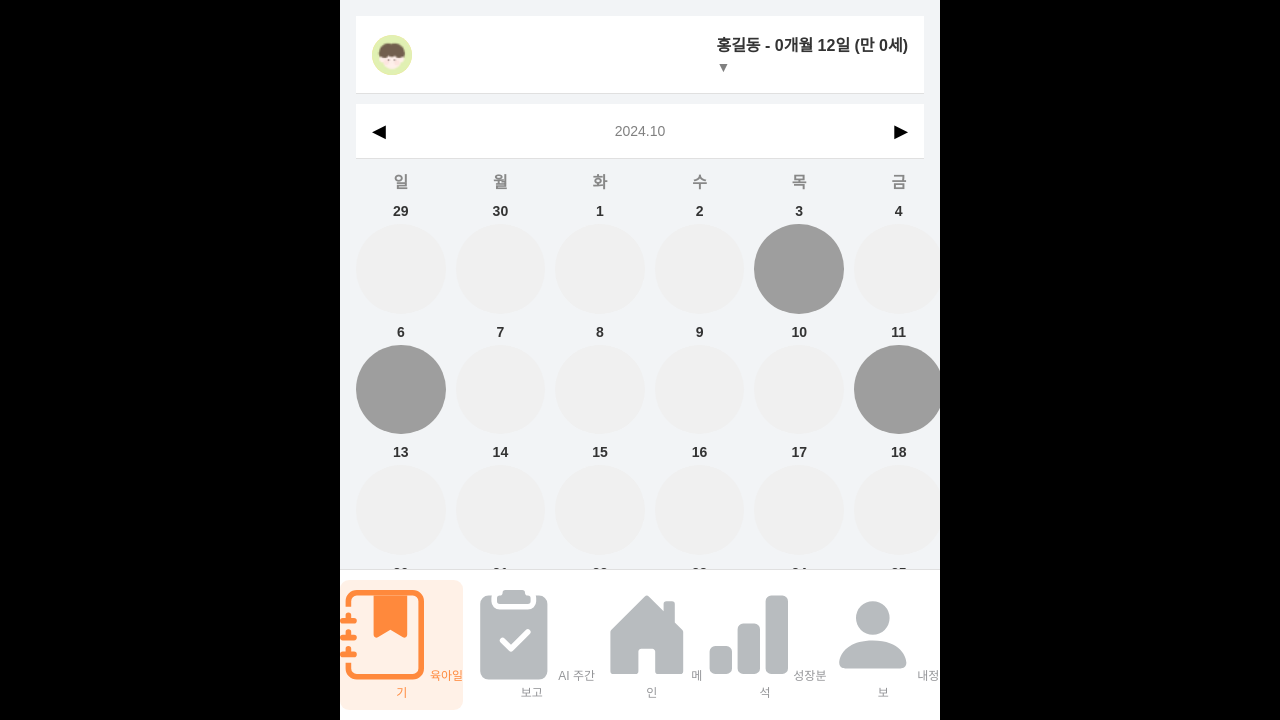
Repository: fromBirth/frombirth-frontend
Page: /babydiary
These files come from the project's save history. The page is drawn as it stood at one moment and after a run of saves; the edit follows.
The browser window is 1280 px wide. The pictures show the whole page.
Pictures or frames that could not be fetched are drawn as grey boxes. An inner scrolling area shows only its first screen. Some web fonts or font styles are not loaded; a fallback is used. The project was rebuilt for these pictures with package versions that can differ from the ones it lists, and the page was loaded fresh each time. Also part of the build but not shown: vite.config.js.

Above is the page before, as saved 2024-10-30 13:36:45.

### index.html
<!doctype html>
<html lang="en">
  <head>
    <meta charset="UTF-8" />
    <link rel="icon" type="image/svg+xml" href="/fromBirthIcon" />
    <meta name="viewport" content="width=device-width, initial-scale=1.0" />
    <script src="https://t1.kakaocdn.net/kakao_js_sdk/2.7.2/kakao.min.js" integrity="sha384-TiCUE00h649CAMonG018J2ujOgDKW/kVWlChEuu4jK2vxfAAD0eZxzCKakxg55G4" crossorigin="anonymous"></script>
    <title>fromBirth</title>
  </head>
  <body>
    <div id="root"></div>
    <script type="module" src="/src/main.jsx"></script>
  </body>
</html>

### src/main.jsx
/* src/main.jsx */

// StrictMode와 createRoot 함수를 React에서 import
import { StrictMode } from 'react'
import { createRoot } from 'react-dom/client'
// 애플리케이션의 메인 컴포넌트인 App을 import
import App from './App.jsx'

// React 애플리케이션의 루트 DOM 요소에 App 컴포넌트를 렌더링
createRoot(document.getElementById('root')).render(
  <StrictMode>
    <App />
  </StrictMode>,
)

### src/App.jsx
/* src/App.jsx */

// 전체 애플리케이션에 라우팅 기능을 제공하는 BrowserRouter를 import
import { BrowserRouter as Router } from 'react-router-dom';
// 전역적으로 인증 상태를 관리하기 위해 AuthProvider를 import
import { AuthProvider } from './contexts/AuthContext';
// 애플리케이션의 전체 라우팅 구성을 위한 AppRouter를 import
import AppRouter from './routes/AppRouter'; // 라우팅 설정을 불러옴

// App 컴포넌트는 애플리케이션의 최상위 컴포넌트로, 인증과 라우팅을 관리
function App() {
    return (
        <AuthProvider>  {/* 인증 컨텍스트 제공 */}
            <Router>  {/* 라우팅 제공 */}
                <AppRouter /> {/* 전체 라우팅 설정 */}
            </Router>
        </AuthProvider>
    );
}

// App 컴포넌트를 기본으로 내보내기
export default App;

### src/contexts/AuthContext.jsx
/* src/contexts/AuthContext.jsx */

import { createContext, useState } from 'react';

// Context 생성
export const AuthContext = createContext();

// Context Provider 컴포넌트
export const AuthProvider = ({ children }) => {
    const [isAuthenticated, setIsAuthenticated] = useState(false);

    // 로그인/로그아웃 상태 변경 함수
    const toggleAuth = () => {
        setIsAuthenticated(!isAuthenticated);
    };

    return (
        <AuthContext.Provider value={{ isAuthenticated, toggleAuth }}>
            {children}
        </AuthContext.Provider>
    );
};

### src/routes/AppRouter.jsx
/* src/routes/AppRouter.jsx */

// React Router의 Routes와 Route 컴포넌트를 사용해 라우팅 구성
import { Routes, Route, Navigate } from 'react-router-dom';
// React에서 컴포넌트를 동적 로딩할 수 있도록 Suspense와 lazy를 사용
import { Suspense, lazy } from 'react';
// PATHS 객체를 import하여 경로를 상수로 관리
import { PATHS } from './paths';
// 전체 레이아웃 컴포넌트로, 로그인이 필요한 페이지의 공통 레이아웃으로 사용
import Layout from '../components/common/Layout.jsx';
// 스피너 컴포넌트 import
import Spinner from '../components/common/Spinner.jsx';
// 전역 스타일 파일을 import하여 스타일 적용
import '/src/assets/styles/common.css';

// React.lazy를 사용하여 동적 import로 각 페이지를 로딩하여 초기 로딩 속도 최적화
const Login = lazy(() => import('../components/login/Login.jsx'));
const Dashboard = lazy(() => import('../components/dashboard/Dashboard.jsx'));
const BabyDiary = lazy(() => import('../components/baby-diary/BabyDiary.jsx'));
const DiaryList = lazy(() => import('../components/baby-diary/DiaryList.jsx'));
const DiaryListPhoto = lazy(() => import('../components/baby-diary/DiaryListPhoto.jsx'));
const DiaryRegister = lazy(() => import('../components/baby-diary/DiaryRegister.jsx'));
const DiaryDetail = lazy(() => import('../components/baby-diary/DiaryDetail.jsx'));
const WeeklyReport = lazy(() => import('../components/weekly-report/WeeklyReport.jsx'));
const GrowthAnalysis = lazy(() => import('../components/growth-analysis/GrowthAnalysis.jsx'));
const MyPage = lazy(() => import('../components/my-page/MyPage.jsx'));
const ChildRegister = lazy(() => import('../components/my-page/ChildRegister.jsx'));

function AppRouter() {
    return (
        // Suspense로 동적 로딩 중 스피너 화면 표시
        <Suspense fallback={<Spinner />}>
            <Routes>
                {/* 로그인 페이지 */}
                <Route path={PATHS.LOGIN} element={<Login />} />

                {/* 기본 경로에서 메인 대시보드 화면으로 리다이렉트 */}
                <Route path="/" element={<Navigate to={PATHS.DASHBOARD} />} />

                {/* Layout 컴포넌트를 상위 요소로 하여 로그인이 필요한 페이지 구성 */}
                <Route element={<Layout />}>
                    {/* 메인 대시보드 페이지 */}
                    <Route path={PATHS.DASHBOARD} element={<Dashboard />} />

                    {/* BabyDiary 관련 페이지 */}
                    <Route path={PATHS.BABY_DIARY} element={<BabyDiary />} />
                    <Route path={PATHS.DIARY_LIST} element={<DiaryList />} />
                    <Route path={PATHS.DIARY_LIST_PHOTO} element={<DiaryListPhoto />} />
                    <Route path={PATHS.DIARY_REGISTER} element={<DiaryRegister />} />
                    <Route path={PATHS.DIARY_DETAIL} element={<DiaryDetail />} />

                    {/* WeeklyReport 페이지 */}
                    <Route path={PATHS.WEEKLY_REPORT} element={<WeeklyReport />} />

                    {/* GrowthAnalysis 페이지 */}
                    <Route path={PATHS.GROWTH_ANALYSIS} element={<GrowthAnalysis />} />

                    {/* MyPage 관련 페이지 */}
                    <Route path={PATHS.MY_PAGE} element={<MyPage />} />
                    <Route path={PATHS.CHILD_REGISTER} element={<ChildRegister />} />
                </Route>
            </Routes>
        </Suspense>
    );
}

export default AppRouter;

### src/routes/paths.js
/* src/routes/paths.js */

// PATHS 객체는 애플리케이션에서 사용하는 주요 라우트 경로를 상수로 관리
// 경로가 변경되더라도 이 파일만 수정하면 모든 라우트에 반영되어 유지보수가 용이해짐
export const PATHS = {

    // 로그인 페이지 경로
    LOGIN: "/login",

    // 메인 페이지 경로
    MAIN: "/main",

    // 육아 일기 섹션 경로들
    BABY_DIARY: "/babydiary",               // 육아 일기 메인 경로
    DIARY_LIST: "/babydiary/list",          // 일기 목록 페이지 경로
    DIARY_LIST_PHOTO: "/babydiary/listphoto", // 사진으로 보는 일기 목록 경로
    DIARY_REGISTER: "/babydiary/register",  // 일기 작성 페이지 경로
    DIARY_DETAIL: "/babydiary/detail",      // 일기 상세 페이지 경로

    // AI주간보고 페이지 경로
    WEEKLY_REPORT: "/weeklyreport",

    // 성장 분석 페이지 경로
    GROWTH_ANALYSIS: "/growthanalysis",

    // 내정보 섹션 경로들
    MY_PAGE: "/mypage",                     // 마이페이지 메인 경로
    CHILD_REGISTER: "/mypage/register",     // 아이 등록 페이지 경로
};

### src/components/common/Layout.jsx
/* src/components/Layout.jsx */

import { Link, Outlet, useLocation } from 'react-router-dom';
import { useState, useEffect } from 'react';
import '/src/assets/styles/layout.css';

function Layout() {

    const location = useLocation();
    const [activePath, setActivePath] = useState(location.pathname);

    // 라우터 변경 시 활성화 상태 업데이트
    useEffect(() => {
        setActivePath(location.pathname);
    }, [location]);

    return (
        <div className="layout">

            {/* 🔴 페이지 콘텐츠: 헤더와 실제 Outlet을 포함하는 영역 */}
            <div className="content">
                <Outlet /> {/* 자식 페이지들이 이곳에 렌더링됩니다. */}
            </div>

            {/* 🔴 푸터 */}
            <footer className="footer">
                <nav className={"footer-nav"}>
                    <Link to="/babydiary" >
                        <div className={`nav-item ${activePath === '/babydiary' ? 'btn-active' : ''}`}>
                            <svg xmlns="http://www.w3.org/2000/svg" style={{ fill: activePath === '/babydiary' ? 'var(--logo-color)' : 'var(--menu-symbol-color)' }}
                                className="bi bi-journal-bookmark-fill" viewBox="0 0 16 16">
                                <path fillRule="evenodd"
                                    d="M6 1h6v7a.5.5 0 0 1-.757.429L9 7.083 6.757 8.43A.5.5 0 0 1 6 8z" />
                                <path
                                    d="M3 0h10a2 2 0 0 1 2 2v12a2 2 0 0 1-2 2H3a2 2 0 0 1-2-2v-1h1v1a1 1 0 0 0 1 1h10a1 1 0 0 0 1-1V2a1 1 0 0 0-1-1H3a1 1 0 0 0-1 1v1H1V2a2 2 0 0 1 2-2" />
                                <path
                                    d="M1 5v-.5a.5.5 0 0 1 1 0V5h.5a.5.5 0 0 1 0 1h-2a.5.5 0 0 1 0-1zm0 3v-.5a.5.5 0 0 1 1 0V8h.5a.5.5 0 0 1 0 1h-2a.5.5 0 0 1 0-1zm0 3v-.5a.5.5 0 0 1 1 0v.5h.5a.5.5 0 0 1 0 1h-2a.5.5 0 0 1 0-1z" />
                            </svg>
                            <span>육아일기</span>
                        </div>
                    </Link>
                    <Link to="/weeklyreport" >
                        <div className={`nav-item ${activePath === '/weeklyreport' ? 'btn-active' : ''}`}>
                            <svg xmlns="http://www.w3.org/2000/svg" style={{ fill: activePath === '/weeklyreport' ? 'var(--logo-color)' : 'var(--menu-symbol-color)' }}
                                className="bi bi-clipboard2-check-fill" viewBox="0 0 16 16">
                                <path
                                    d="M10 .5a.5.5 0 0 0-.5-.5h-3a.5.5 0 0 0-.5.5.5.5 0 0 1-.5.5.5.5 0 0 0-.5.5V2a.5.5 0 0 0 .5.5h5A.5.5 0 0 0 11 2v-.5a.5.5 0 0 0-.5-.5.5.5 0 0 1-.5-.5" />
                                <path
                                    d="M4.085 1H3.5A1.5 1.5 0 0 0 2 2.5v12A1.5 1.5 0 0 0 3.5 16h9a1.5 1.5 0 0 0 1.5-1.5v-12A1.5 1.5 0 0 0 12.5 1h-.585q.084.236.085.5V2a1.5 1.5 0 0 1-1.5 1.5h-5A1.5 1.5 0 0 1 4 2v-.5q.001-.264.085-.5m6.769 6.854-3 3a.5.5 0 0 1-.708 0l-1.5-1.5a.5.5 0 1 1 .708-.708L7.5 9.793l2.646-2.647a.5.5 0 0 1 .708.708" />
                            </svg>
                            <span>AI 주간보고</span>
                        </div>

                    </Link>
                    <Link to="/dashboard" >
                        <div className={`nav-item ${activePath === '/dashboard' ? 'btn-active' : ''}`}>
                            <svg xmlns="http://www.w3.org/2000/svg" style={{ fill: activePath === '/dashboard' ? 'var(--logo-color)' : 'var(--menu-symbol-color)' }}
                                className="bi bi-house-door-fill" viewBox="0 0 16 16">
                                <path
                                    d="M6.5 14.5v-3.505c0-.245.25-.495.5-.495h2c.25 0 .5.25.5.5v3.5a.5.5 0 0 0 .5.5h4a.5.5 0 0 0 .5-.5v-7a.5.5 0 0 0-.146-.354L13 5.793V2.5a.5.5 0 0 0-.5-.5h-1a.5.5 0 0 0-.5.5v1.293L8.354 1.146a.5.5 0 0 0-.708 0l-6 6A.5.5 0 0 0 1.5 7.5v7a.5.5 0 0 0 .5.5h4a.5.5 0 0 0 .5-.5" />
                            </svg>
                            <span>메인</span>
                        </div>

                    </Link>
                    <Link to="/growthanalysis" >
                        <div className={`nav-item ${activePath === '/growthanalysis' ? 'btn-active' : ''}`}>
                            <svg xmlns="http://www.w3.org/2000/svg" style={{ fill: activePath === '/growthanalysis' ? 'var(--logo-color)' : 'var(--menu-symbol-color)' }}
                                className="bi bi-bar-chart-fill" viewBox="0 0 16 16">
                                <path
                                    d="M1 11a1 1 0 0 1 1-1h2a1 1 0 0 1 1 1v3a1 1 0 0 1-1 1H2a1 1 0 0 1-1-1zm5-4a1 1 0 0 1 1-1h2a1 1 0 0 1 1 1v7a1 1 0 0 1-1 1H7a1 1 0 0 1-1-1zm5-5a1 1 0 0 1 1-1h2a1 1 0 0 1 1 1v12a1 1 0 0 1-1 1h-2a1 1 0 0 1-1-1z" />
                            </svg>
                            <span>성장분석</span>
                        </div>

                    </Link>
                    <Link to="/mypage" >
                        <div className={`nav-item ${activePath === '/mypage' ? 'btn-active' : ''}`}>
                            <svg xmlns="http://www.w3.org/2000/svg" style={{ fill: activePath === '/mypage' ? 'var(--logo-color)' : 'var(--menu-symbol-color)' }}
                                className="bi bi-person-fill" viewBox="0 0 16 16">
                                <path d="M3 14s-1 0-1-1 1-4 6-4 6 3 6 4-1 1-1 1zm5-6a3 3 0 1 0 0-6 3 3 0 0 0 0 6" />
                            </svg>
                            <span>내정보</span>
                        </div>
                    </Link>
                </nav>
            </footer>
        </div>
    );
}

export default Layout;

### src/components/common/Spinner.jsx
/* src/components/Spinner.jsx */

const Spinner = () => {
    return (
        <div className="spinner-overlay">
            <div className="spinner"></div>
        </div>
    );
};

export default Spinner;

### src/assets/styles/common.css
/* src/assets/styles/common.css */

/* 🔴 폰트 설정 */
@font-face { font-family: 'Pretendard'; font-weight: 100; font-style: normal; src: url('https://cdn.jsdelivr.net/gh/webfontworld/pretendard/Pretendard-Thin.woff') format('woff'); font-display: swap; }
@font-face { font-family: 'Pretendard'; font-weight: 200; font-style: normal; src: url('https://cdn.jsdelivr.net/gh/webfontworld/pretendard/Pretendard-ExtraLight.woff') format('woff'); font-display: swap; }
@font-face { font-family: 'Pretendard'; font-weight: 300; font-style: normal; src: url('https://cdn.jsdelivr.net/gh/webfontworld/pretendard/Pretendard-Light.woff') format('woff'); font-display: swap; }
@font-face { font-family: 'Pretendard'; font-weight: 400; font-style: normal; src: url('https://cdn.jsdelivr.net/gh/webfontworld/pretendard/Pretendard-Regular.woff') format('woff'); font-display: swap; }
@font-face { font-family: 'Pretendard'; font-weight: 500; font-style: normal; src: url('https://cdn.jsdelivr.net/gh/webfontworld/pretendard/Pretendard-Medium.woff') format('woff'); font-display: swap; }
@font-face { font-family: 'Pretendard'; font-weight: 600; font-style: normal; src: url('https://cdn.jsdelivr.net/gh/webfontworld/pretendard/Pretendard-SemiBold.woff') format('woff'); font-display: swap; }
@font-face { font-family: 'Pretendard'; font-weight: 700; font-style: normal; src: url('https://cdn.jsdelivr.net/gh/webfontworld/pretendard/Pretendard-Bold.woff') format('woff'); font-display: swap; }
@font-face { font-family: 'Pretendard'; font-weight: 800; font-style: normal; src: url('https://cdn.jsdelivr.net/gh/webfontworld/pretendard/Pretendard-ExtraBold.woff') format('woff'); font-display: swap; }
@font-face { font-family: 'Pretendard'; font-weight: 900; font-style: normal; src: url('https://cdn.jsdelivr.net/gh/webfontworld/pretendard/Pretendard-Black.woff') format('woff'); font-display: swap; }
/* HakgyoansimDunggeunmisoTTF 폰트 설정 (로컬 파일) */
@font-face { font-family: 'HakgyoansimDunggeunmisoTTF-B'; src: url('/src/assets/fonts/Hakgyoansim-Dunggeunmiso-TTF-B.ttf') format('truetype'); font-weight: normal; font-style: normal; }
@font-face { font-family: 'HakgyoansimDunggeunmisoTTF-R'; src: url('/src/assets/fonts/Hakgyoansim-Dunggeunmiso-TTF-R.ttf') format('truetype'); font-weight: normal; font-style: normal; }

/* 🔴 css 초기화 설정 */
html, body { font-family: "Pretendard", sans-serif; height: 100%; margin: 0; padding: 0; }
* { margin: 0; padding: 0; box-sizing: border-box; }
a { text-decoration: none; color: black; }
ul, li, ol, dl, dd { list-style: none; margin: 0; }
img { max-width: 100%; height: auto; border: 0; }
table { border-collapse: collapse; border-spacing: 0; }
td, th { padding: 0; }
input[type="checkbox"] { cursor: pointer; }
button { appearance: none; border: 0; background: transparent; font: inherit; outline: none; cursor: pointer; }
button:disabled { cursor: default; }
label { margin: 0; font-weight: normal; }
p { margin: 0; }
input::placeholder { color: #888; }

/* 🔴 색상 등 전역 변수 설정 */
:root { --logo-color: #FF893C; --button-disabled-color: #E6E9F0; --menu-symbol-color: #B8BCBF; --menu-text-color: #949598; --background-color: #F4F7FC; }

/* 🔴 로딩 스피너 */
.spinner-overlay { position: fixed; top: 0; left: 0; width: 100vw; height: 100vh; display: flex; justify-content: center; align-items: center; background: rgba(255, 255, 255, 0.8); z-index: 1000; }
.spinner { width: 40px; height: 40px; border: 5px solid rgba(0, 0, 0, 0.1); border-top-color: #3498db; border-radius: 50%; animation: spin 1s linear infinite; }
@keyframes spin { to { transform: rotate(360deg); }
 }

### src/components/baby-diary/BabyDiary.jsx
/* src/components/dashboard/WeeklyReport.jsx */

import Header from '../common/Header.jsx';
import './BabyDiary.css';
import Calendar from "./diary-calendar/DiaryCalendar.jsx";

const BabyDiary = () => {

    return (
        <>
            <Header />

            <Calendar/>

            <div className="diary-entry">
                <h3>10.11 첫 이유식 도전!</h3>
                <p className="diary-text">오늘 드디어 아기 이유식을 시작했다. 쌀미음을 준비해서 작은 숟가락에 떠서 줬는데, 처음엔 어리둥절하더니 이내 찝찝거리면서 잘 먹었다.
                    얼굴에 이유식을 잔뜩 묻히면서도 열심히 먹는 모습이 너무 귀여웠다. 아직은 양이 적...</p>
                <div className="diary-images">
                    <img src="food1.png" alt="Food Image"/>
                    <img src="food2.png" alt="Food Image"/>
                    <img src="food3.png" alt="Food Image"/>
                    <img src="food4.png" alt="Food Image"/>
                </div>
            </div>
        </>
    );
};

export default BabyDiary;

### src/assets/styles/layout.css
/* src/assets/styles/layout.css */

#root { background-color: #000000; }

/* 레이아웃 */
.layout { display: flex; flex-direction: column; align-items: center; max-width: 600px; width: 100%; height: 100vh; margin: 0 auto; background-color: #f9f9f9; }

/* 헤더 스타일 */
.layout .header { display: flex; align-items: center; width: 100%; padding: 16px; background-color: white; border-bottom: 1px solid #e0e0e0; max-width: 600px; position: sticky; top: 0; z-index: 10; }
.layout .header .profile-image { width: 40px; height: 40px; border-radius: 50%; margin-right: 8px; }
.layout .header .header-title { font-size: 16px; color: #333; }
.layout .header .header-dropdown { font-size: 14px; color: gray; }

/* 콘텐츠 영역 */
.layout .content { flex-grow: 1; width: 100%; padding: 16px; overflow-y: auto; background-color: #f2f4f6; max-width: 600px; padding-bottom: 80px; }

/* footer */
.layout .footer { width: 100%; padding: 10px 0; background-color: white; border-top: 1px solid #e0e0e0; position: fixed; bottom: 0; z-index: 10; max-width: 600px; }
.layout .footer .footer-nav { display: flex; justify-content: space-around; }
.layout .footer .footer-nav .nav-item { font-size: 12px; color: #949598; text-align: center; padding: 10px 0; }
.layout .footer .footer-nav .nav-item.btn-active { background-color: #FE8A3C1F; color: #FF893C; border-radius:9px; }
.layout .footer .footer-nav .nav-item svg { margin: auto; width: 7vw; }

### src/components/common/Header.jsx
/* src/components/common/Header.jsx */

const Header = () => {
    return (
        <header className="header">
            <img src="/src/assets/img/basic_profile.png" alt="Profile Picture" className="profile-image" />
            <div>
                <h2 className="header-title">홍길동 - 0개월 12일 (만 0세)</h2>
                <span className="header-dropdown">▼</span>
            </div>
        </header>
    );
};

export default Header;

### src/components/baby-diary/BabyDiary.css
.header { display: flex; align-items: center; gap: 10px; margin-bottom: 20px; }

.header img { width: 40px; height: 40px; border-radius: 50%; background-color: #f0e68c; }

.header h2 { margin: 0; font-size: 18px; }

.header span { font-size: 14px; color: gray; }

.calendar-nav { display: flex; justify-content: space-between; align-items: center; font-size: 16px; margin: 20px 0; }

.calendar { display: grid; grid-template-columns: repeat(7, 1fr); gap: 10px; }

.calendar div { display: flex; justify-content: center; align-items: center; width: 100%; padding-top: 100%; position: relative; background-color: #f0f0f0; border-radius: 50%; cursor: pointer; }

.calendar div img { position: absolute; top: 50%; left: 50%; width: 80%; height: 80%; border-radius: 50%; transform: translate(-50%, -50%); }

.highlighted { background-color: #1e90ff; color: white; font-weight: bold; }

.diary-entry { margin-top: 20px; }

.diary-entry h3 { font-size: 14px; color: #333; margin-bottom: 5px; }

.diary-text { font-size: 14px; color: #555; margin-bottom: 10px; }

.diary-images { display: flex; gap: 5px; }

.diary-images img { width: 60px; height: 60px; border-radius: 5px; }

### src/components/baby-diary/diary-calendar/DiaryCalendar.jsx
import React from 'react';
import './DiaryCalendar.css';
import { format, startOfMonth, endOfMonth, startOfWeek, endOfWeek, addDays, isSameMonth, isSameDay } from 'date-fns';

// Sample image data for specific dates
const imageDates = {
    '2024-10-03': 'path/to/image1.png',
    '2024-10-06': 'path/to/image2.png',
    '2024-10-11': 'path/to/image3.png',
    '2024-10-12': 'path/to/image4.png',
};

const Calendar = () => {
    const today = new Date();
    const [currentMonth, setCurrentMonth] = React.useState(new Date());

    const handlePreviousMonth = () => {
        setCurrentMonth(prevMonth => addDays(prevMonth, -30));
    };

    const handleNextMonth = () => {
        setCurrentMonth(prevMonth => addDays(prevMonth, 30));
    };

    const renderHeader = () => (
        <div className="header">
            <button onClick={handlePreviousMonth}>◀</button>
            <span>{format(currentMonth, 'yyyy.MM')}</span>
            <button onClick={handleNextMonth}>▶</button>
        </div>
    );

    const renderDays = () => {
        const days = ['일', '월', '화', '수', '목', '금', '토'];
        return days.map(day => <div key={day} className="day">{day}</div>);
    };

    const renderDates = () => {
        const monthStart = startOfMonth(currentMonth);
        const monthEnd = endOfMonth(monthStart);
        const startDate = startOfWeek(monthStart, { weekStartsOn: 0 });
        const endDate = endOfWeek(monthEnd, { weekStartsOn: 0 });

        const dateCells = [];
        let day = startDate;

        while (day <= endDate) {
            const formattedDate = format(day, 'yyyy-MM-dd');
            const isInCurrentMonth = isSameMonth(day, currentMonth);
            const isToday = isSameDay(day, today);
            const imageSrc = imageDates[formattedDate];

            dateCells.push(
                <div
                    key={formattedDate}
                    className={`date-cell ${isInCurrentMonth ? '' : 'disabled'}`}
                >
                    <span className={`date-number ${isToday ? 'highlighted' : ''}`}>{format(day, 'd')}</span>
                    <div className="date-image-container">
                        {imageSrc ? (
                            <img src={imageSrc} alt="Event" className="date-image" />
                        ) : (
                            <div className="empty-date"></div>
                        )}
                    </div>
                </div>
            );
            day = addDays(day, 1);
        }
        return dateCells;
    };

    return (
        <div className="container">
            {renderHeader()}
            <div className="calendar-grid">
                {renderDays()}
                {renderDates()}
            </div>
        </div>
    );
};

export default Calendar;

### src/components/baby-diary/diary-calendar/DiaryCalendar.css
.header { display: flex; justify-content: space-between; width: 100%; font-size: 18px; margin-bottom: 10px; }

.calendar-grid { display: grid; grid-template-columns: repeat(7, 1fr); gap: 10px; width: 100%; }

.day { display: flex; justify-content: center; align-items: center; color: #888; font-weight: bold; }

.date-cell { display: flex; flex-direction: column; align-items: center; justify-content: space-between; width: 100%; cursor: pointer; }

.date-number { font-weight: bold; color: #333; font-size: 14px; margin-bottom: 5px; }

.date-image-container { width: 7vw; height: 7vw; border-radius: 50%; background-color: #f0f0f0; /* Background color for cells without images */
 display: flex; justify-content: center; align-items: center; }

.date-image { width: 100%; height: 100%; border-radius: 50%; object-fit: cover; }

.highlighted { background-color: #1e90ff; color: white; font-weight: bold; padding: 5px; border-radius: 50%; }

After the next 3 saves:
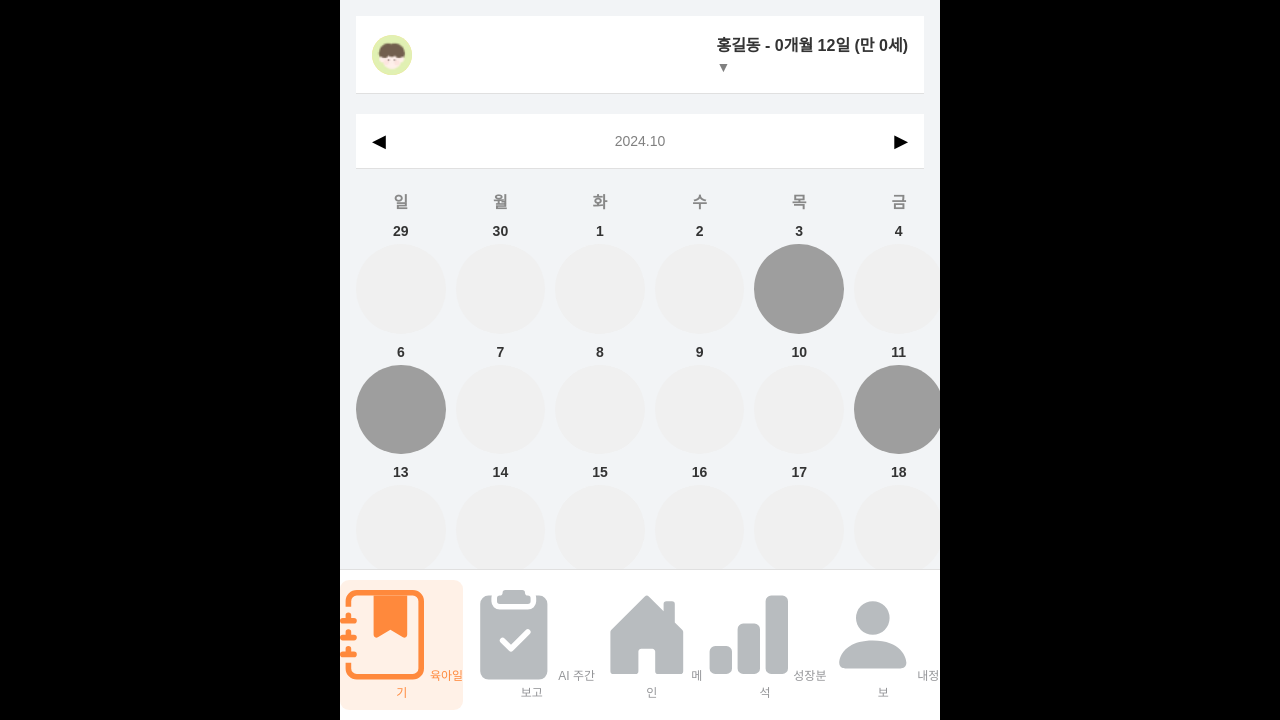
The 3 saves are shown as one change because they came seconds apart.
The last was saved 9 s later.
--- a/src/components/baby-diary/BabyDiary.jsx
+++ b/src/components/baby-diary/BabyDiary.jsx
@@ -1,8 +1,9 @@
-/* src/components/dashboard/WeeklyReport.jsx */
+/* src/components/dashboard/BabyDiary.jsx */
 
 import Header from '../common/Header.jsx';
+import Calendar from "./diary-calendar/DiaryCalendar.jsx";
+
 import './BabyDiary.css';
-import Calendar from "./diary-calendar/DiaryCalendar.jsx";
 
 const BabyDiary = () => {
 
